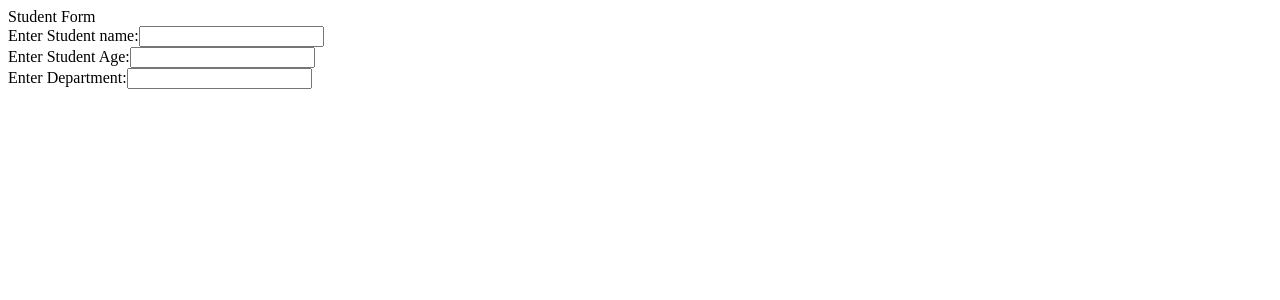
Repository: MilanDobariya/AngularJs-CRUD-Operation
Page: restcruddemoclient/WebContent/studentform.html
An editor plug-in stored every save of this project. The page is shown before and after the next save, followed by the edit.
The browser window is 1280 px wide. The pictures show the whole page.
Some web libraries are served in a nearby version.

Above is the page before, as saved 2018-05-24 08:35:02.

After the next save:
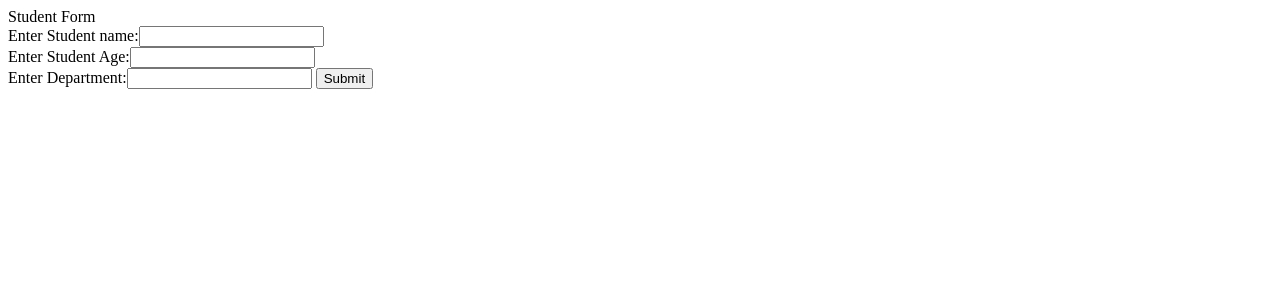
Saved 53 s later.
--- a/restcruddemoclient/WebContent/studentform.html
+++ b/restcruddemoclient/WebContent/studentform.html
@@ -10,7 +10,7 @@ Student Form<br>
 Enter Student name:<input type="text" ng-model="student.name"><br>
 Enter Student Age:<input type="number" ng-model="student.age"><br>
 Enter Department:<input type="text" ng-model="student.dept">
-
+<input type="submit" ng-click="addStudent()">
 </div>
 </body>
 <script type="text/javascript"
